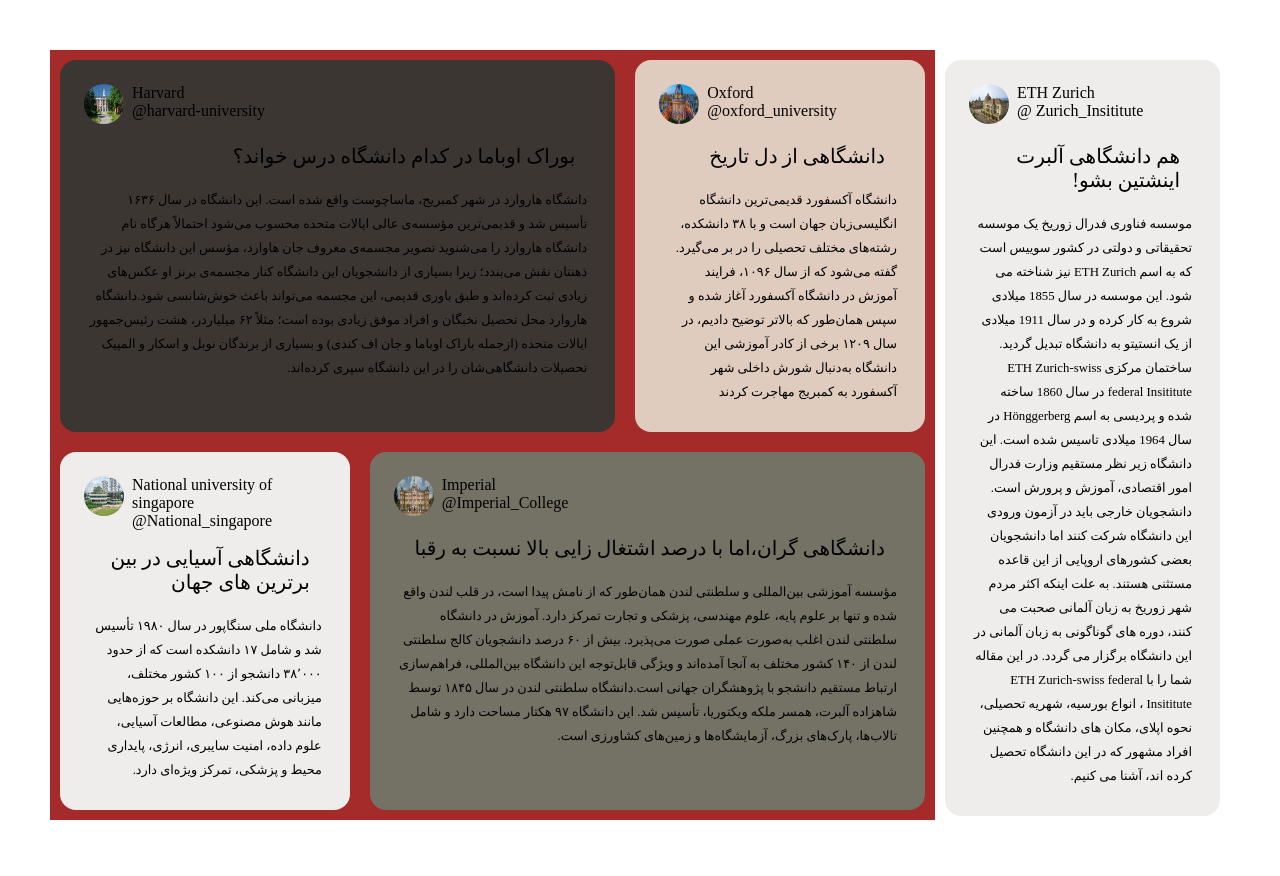
Repository: rahanwz/cards
Page: cards.html
These files come from the project's save history. The page is drawn as it stood at one moment and after the next save; the edit follows.
The browser window is 1280 px wide. The pictures show the whole page.

Above is the page before, as saved 2024-02-16 13:08:34.

### cards.html
<!DOCTYPE html>
<html lang="en">
  <head>
    <meta charset="UTF-8" />
    <meta name="viewport" content="width=device-width, initial-scale=1.0" />
    <title>Document</title>
    <link rel="stylesheet" href="cards.css" />
  </head>
  <body>
    <div class="container">
      <div class="boxcard1">
        <div class="cardcontainer big-card">
          <div class="card1">
            <div class="head">
              <div class="profile">
                <div class="profilecontaner">
                  <img
                    src="harvard-university-6591e0b9df73096be8d614ee.webp"
                    alt=""
                  />
                </div>
              </div>

              <div>
                <div class="user">Harvard</div>
                <div class="id">@harvard-university</div>
              </div>
            </div>
            <div class="descrip1">بوراک اوباما در کدام دانشگاه درس خواند؟</div>
            <div class="descrip2">
              دانشگاه هاروارد در شهر کمبریج، ماساچوست واقع شده است. این دانشگاه
              در سال ۱۶۳۶ تأسیس شد و قدیمی‌ترین مؤسسه‌ی عالی ایالات متحده محسوب
              می‌شود احتمالاً هرگاه نام دانشگاه هاروارد را می‌شنوید تصویر
              مجسمه‌ی معروف جان هاوارد، مؤسس این دانشگاه نیز در ذهنتان نقش
              می‌بندد؛ زیرا بسیاری از دانشجویان این دانشگاه کنار مجسمه‌ی برنز او
              عکس‌های زیادی ثبت کرده‌اند و طبق باوری قدیمی، این مجسمه می‌تواند
              باعث خوش‌شانسی شود.دانشگاه هاروارد محل تحصیل نخبگان و افراد موفق
              زیادی بوده است؛ مثلاً ۶۲ میلیاردر، هشت‌ رئیس‌جمهور ایالات متحده
              (ازجمله باراک اوباما و جان اف کندی) و بسیاری از برندگان نوبل و
              اسکار و المپیک تحصیلات دانشگاهی‌شان را در این دانشگاه سپری
              کرده‌اند.
            </div>
          </div>
        </div>

        <div class="cardcontainer small-card">
          <div class="card2">
            <div class="head">
              <div class="profile">
                <div class="profilecontaner">
                  <img
                    src="oxford-university-jpg-6591b422df73096be8d6145c.webp"
                    alt=""
                  />
                </div>
              </div>
              <div>
                <div class="user">Oxford</div>
                <div class="id">@oxford_university</div>
              </div>
            </div>
            <div class="descrip1">دانشگاهی از دل تاریخ</div>
            <div class="descrip2">
              دانشگاه آکسفورد قدیمی‌ترین دانشگاه انگلیسی‌زبان جهان است و با ۳۸
              دانشکده، رشته‌های مختلف تحصیلی را در بر می‌گیرد. گفته می‌شود که از
              سال ۱۰۹۶، فرایند آموزش در دانشگاه آکسفورد آغاز شده و سپس همان‌طور
              که بالاتر توضیح دادیم، در سال ۱۲۰۹ برخی از کادر آموزشی این دانشگاه
              به‌دنبال شورش داخلی شهر آکسفورد به کمبریج مهاجرت کردند
            </div>
          </div>
        </div>

        <div class="cardcontainer small-card">
          <div class="card3">
            <div class="head">
              <div class="profile">
                <div class="profilecontaner">
                  <img src="nus-6591f1acdf73096be8d61515.webp" alt="" />
                </div>
              </div>

              <div>
                <div class="user">National university of singapore</div>
                <div class="id">@National_singapore</div>
              </div>
            </div>
            <div class="descrip1">دانشگاهی آسیایی در بین برترین های جهان</div>
            <div class="descrip2">
              دانشگاه ملی سنگاپور در سال ۱۹۸۰ تأسیس شد و شامل ۱۷ دانشکده‌ است که
              از حدود ۳۸٬۰۰۰ دانشجو از ۱۰۰ کشور مختلف، میزبانی می‌کند. این
              دانشگاه بر حوزه‌هایی مانند هوش مصنوعی، مطالعات آسیایی، علوم داده،
              امنیت سایبری، انرژی، پایداری محیط و پزشکی، تمرکز ویژه‌ای دارد.
            </div>
          </div>
        </div>
        <div class="cardcontainer big-card">
          <div class="card4">
            <div class="head">
              <div class="profile">
                <div class="profilecontaner">
                  <img
                    src="imperial-college-london-6591e911df73096be8d614fb.webp"
                    alt=""
                  />
                </div>
              </div>

              <div>
                <div class="user">Imperial</div>
                <div class="id">@Imperial_College</div>
              </div>
            </div>
            <div class="descrip1">
              دانشگاهی گران،اما با درصد اشتغال زایی بالا نسبت به رقبا
            </div>
            <div class="descrip2">
              مؤسسه آموزشی بین‌المللی و سلطنتی لندن همان‌طور که از نامش پیدا
              است، در قلب لندن واقع شده و تنها بر علوم پایه، علوم مهندسی، پزشکی
              و تجارت تمرکز دارد. آموزش در دانشگاه سلطنتی لندن اغلب به‌صورت عملی
              صورت می‌پذیرد. بیش از ۶۰ درصد دانشجویان کالج سلطنتی لندن از ۱۴۰
              کشور مختلف به آنجا آمده‌اند و ویژگی قابل‌توجه این دانشگاه
              بین‌المللی، فراهم‌سازی ارتباط مستقیم دانشجو با پژوهشگران جهانی
              است.دانشگاه سلطنتی لندن در سال ۱۸۴۵ توسط شاهزاده آلبرت، همسر ملکه
              ویکتوریا، تأسیس شد. این دانشگاه ۹۷ هکتار مساحت دارد و شامل
              تالاب‌ها، پارک‌های بزرگ، آزمایشگاه‌ها و زمین‌های کشاورزی است.
            </div>
          </div>
        </div>
      </div>
      <div class="boxcard2">
        <div class="cardcontainer">
          <div class="card5">
            <div class="head">
              <div class="profile">
                <div class="profilecontaner">
                  <img src="zurich-eth-6591f083df73096be8d6150c.webp" alt="" />
                </div>
              </div>

              <div>
                <div class="user">ETH Zurich</div>
                <div class="id">@ Zurich_Insititute</div>
              </div>
            </div>
            <div class="descrip1" style=" ">هم دانشگاهی آلبرت اینشتین بشو!</div>
            <div class="descrip2">
              موسسه فناوری فدرال زوریخ یک موسسه تحقیقاتی و دولتی در کشور سوییس
              است که به اسم ETH Zurich نیز شناخته می شود. این موسسه در سال 1855
              میلادی شروع به کار کرده و در سال 1911 میلادی از یک انستیتو به
              دانشگاه تبدیل گردید. ساختمان مرکزی ETH Zurich-swiss federal
              Insititute در سال 1860 ساخته شده و پردیسی به اسم Hönggerberg در
              سال 1964 میلادی تاسیس شده است. این دانشگاه زیر نظر مستقیم وزارت
              فدرال امور اقتصادی، آموزش و پرورش است. دانشجویان خارجی باید در
              آزمون ورودی این دانشگاه شرکت کنند اما دانشجویان بعضی کشورهای
              اروپایی از این قاعده مستثنی هستند. به علت اینکه اکثر مردم شهر
              زوریخ به زبان آلمانی صحبت می کنند، دوره های گوناگونی به زبان
              آلمانی در این دانشگاه برگزار می گردد. در این مقاله شما را با ETH
              Zurich-swiss federal Insititute ، انواع بورسیه، شهریه تحصیلی، نحوه
              اپلای، مکان های دانشگاه و همچنین افراد مشهور که در این دانشگاه
              تحصیل کرده اند، آشنا می کنیم.
            </div>
          </div>
        </div>
      </div>
    </div>
  </body>
</html>

### cards.css
* {
  padding: 0;
  margin: 0;
  box-sizing: border-box;
}

.container {
  display: flex;
  flex-direction: column;
  width: 100%;
  height: auto;
  padding: 3rem 2.5rem;
}

.head {
  display: flex;
}

.cardcontainer {
  width: 100%;
  padding: 10px;
}

.card1 {
  background-color: #3c3633;
  padding: 1.5rem;
  border-radius: 1rem;
}
.profile img {
  width: 40px;
  height: 40px;
  margin-right: 0.5rem;
  border-radius: 50%;
}

.descrip {
  padding-top: 1.5rem;
}

.card2 {
  background-color: #e0ccbe;
  padding: 1.5rem;
  border-radius: 1rem;
}
.card3 {
  background-color: #eeedeb;
  padding: 1.5rem;
  border-radius: 1rem;
}
.card4 {
  padding: 1.5rem;
  border-radius: 1rem;
  background-color: #747264;
}

.card5 {
  background-color: #eeedeb;
  padding: 1.5rem;
  border-radius: 1rem;
}

@media (min-width: 1024px) {
  .container {
    flex-direction: row;
    padding: 50px;
    height: 100%;
  }

  .boxcard1 {
    display: flex;
    width: 75%;
    height:20%;
    flex-wrap: wrap;
    background-color: brown;
  }

  .boxcard2 {
    width: 25%;
      height: 65%;
  }

  .big-card {
    width: 65%;
  }
  .small-card {
    width: 35%;
  }
  .card1,.card2,.card3,.card4,.card5{
    height: 100%;
  }

}
.descrip1,
.descrip2 {
  direction: rtl;
}

.descrip1{
 font-size:1.25rem;
 padding: 1rem;

}

.descrip2{
  padding: .25rem;
  font-size:.80rem;
  line-height:1.5rem;
}

After the next save:
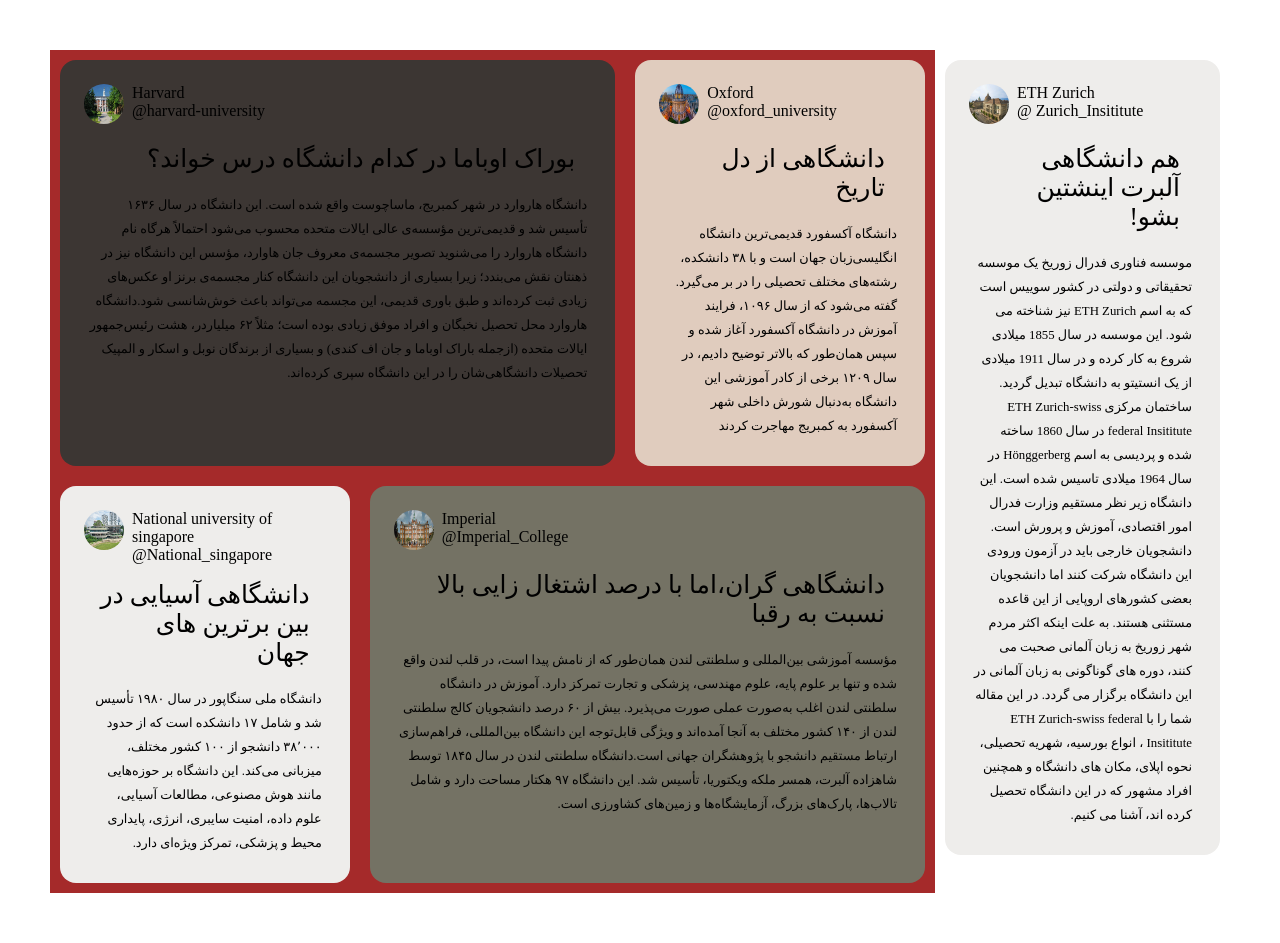
Saved 25 h 50 min later.
--- a/cards.css
+++ b/cards.css
@@ -96,7 +96,7 @@
 }
 
 .descrip1{
- font-size:1.25rem;
+ font-size:25PX;
  padding: 1rem;
 
 }
